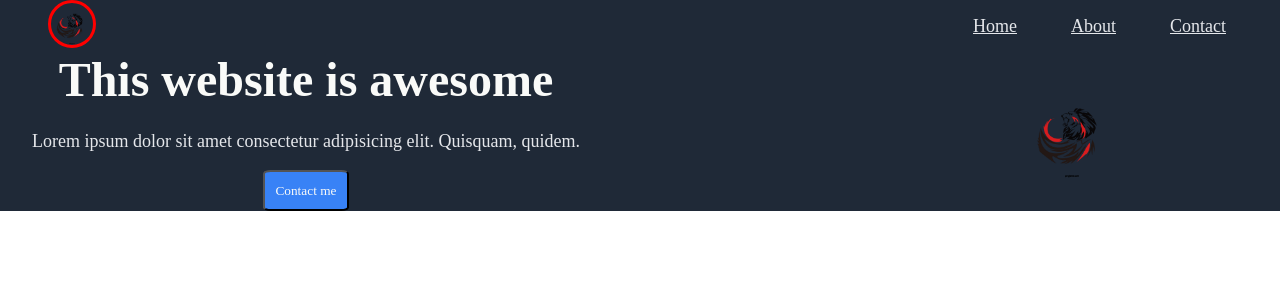
Repository: dung8466/Landing_Page
Page: index.html
The author's editor kept a copy of each file at every save. The page is drawn from the files as they stood at one save, then again after the next save.
The browser window is 1280 px wide. The pictures show the whole page.

Above is the page before, as saved 2022-06-30 17:20:55.

After the next save:
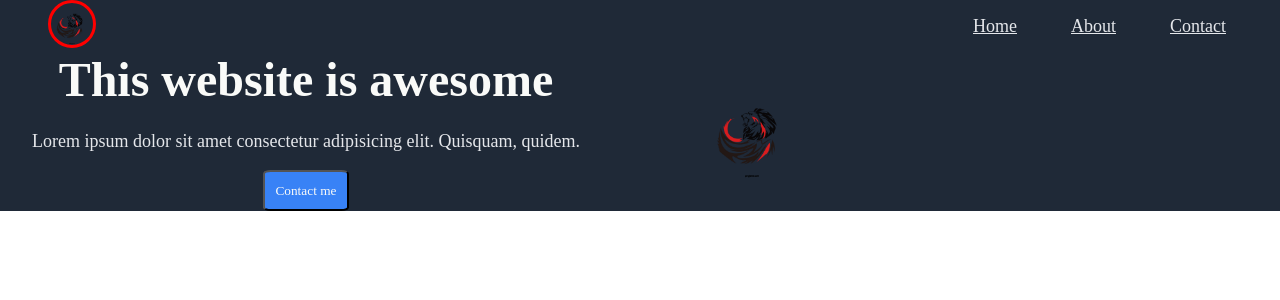
Saved 5 s later.
--- a/style.css
+++ b/style.css
@@ -69,5 +69,5 @@
 .image{
     height: 6em;
     width: 6em;
-    margin-right: 10em;
+    margin-right: 30em;
 }
